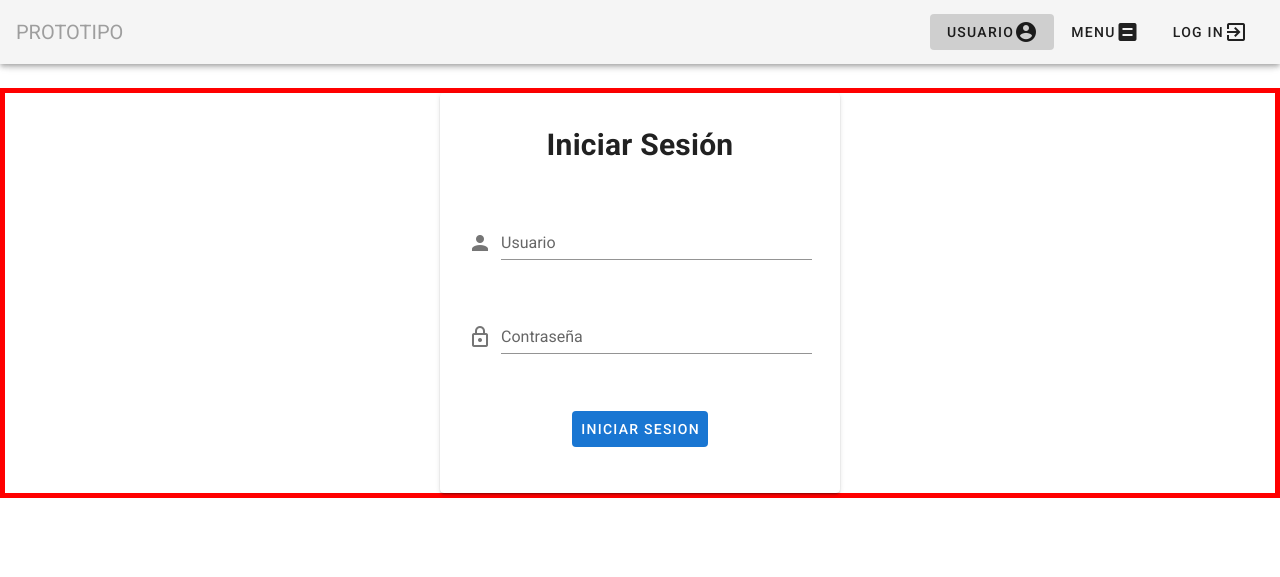
Repository: YojayDeHorta/Administrador-con-filtros
Page: /
An editor plug-in stored every save of this project. The page is shown before and after a run of saves, followed by the edit.
The browser window is 1280 px wide. The pictures show the whole page.
The project was rebuilt for these pictures with package versions that can differ from the ones it lists, and the page was loaded fresh each time. Also part of the build but not shown: vue.config.js, src/views/Options.vue, src/components/Filtro.vue, src/components/CrudClientes.vue, src/views/Filter.vue.

Above is the page before, as saved 2021-09-25 17:07:37.

After the next 2 saves:
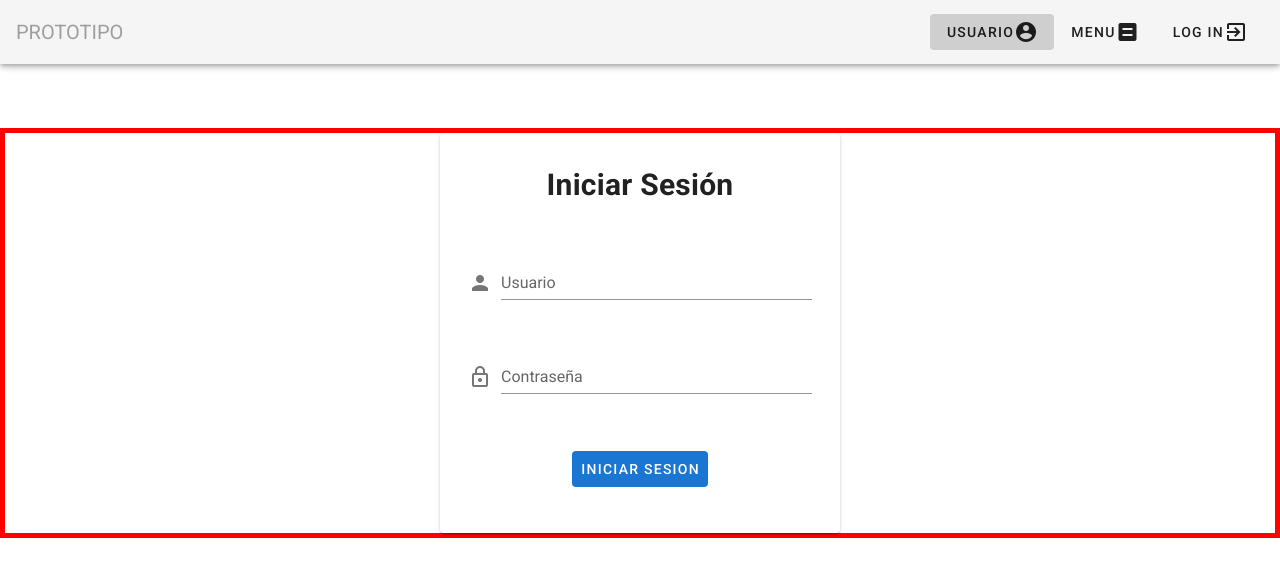
The 2 saves are shown as one change because they came seconds apart.
The last was saved 64 s later.
--- a/src/views/Login.vue
+++ b/src/views/Login.vue
@@ -1,5 +1,5 @@
 <template>
-    <div class="Marco_Login d-flex justify-center">
+    <div class="Marco_Login d-flex justify-center mt-10 mb-10">
         <v-card height="400px" style="width: 400px">
             <v-form class="text-center" @submit.prevent="submitAdmin">
                 <v-card-title class="title d-flex justify-center" align="center">

After the save that followed:
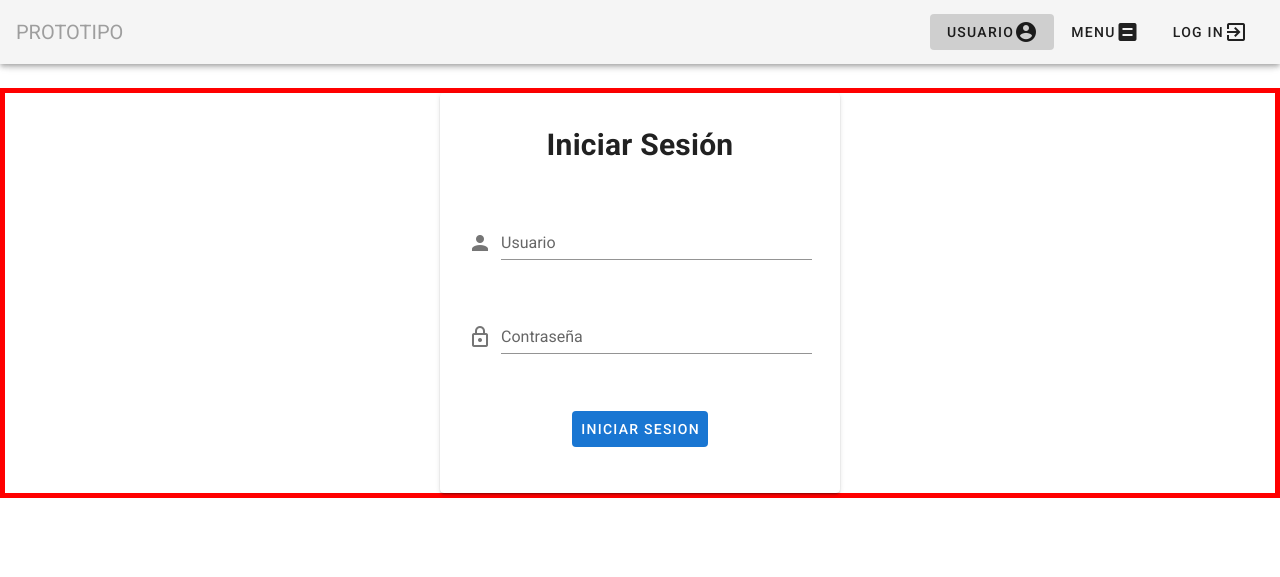
Saved 11 s later.
--- a/src/views/Login.vue
+++ b/src/views/Login.vue
@@ -1,5 +1,5 @@
 <template>
-    <div class="Marco_Login d-flex justify-center mt-10 mb-10">
+    <div class="Marco_Login d-flex justify-center">
         <v-card height="400px" style="width: 400px">
             <v-form class="text-center" @submit.prevent="submitAdmin">
                 <v-card-title class="title d-flex justify-center" align="center">
